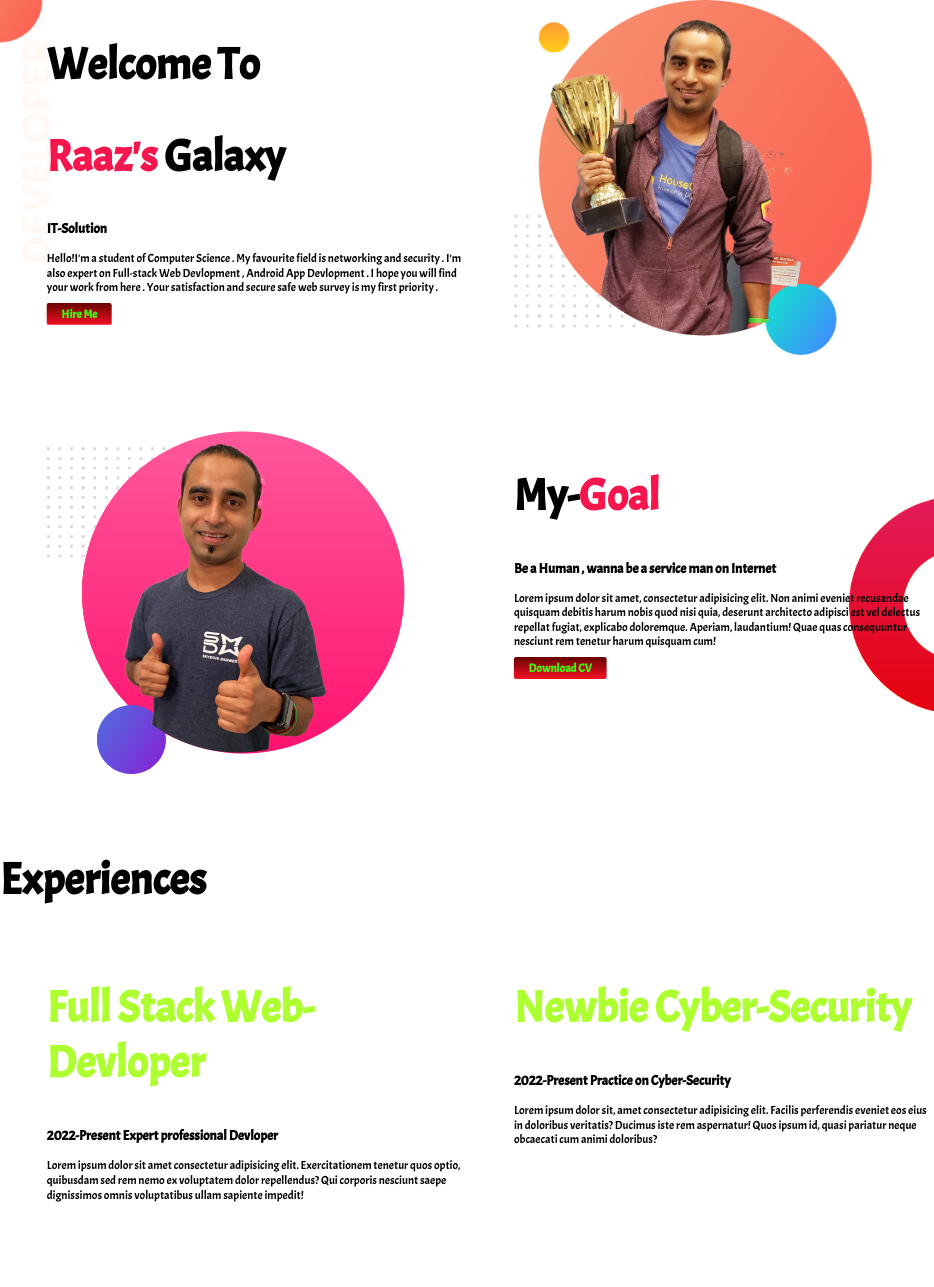
Repository: ramizraaz/my-portfolio
Page: about.html
An editor plug-in stored every save of this project. The page is shown before and after the next save, followed by the edit.
The browser window is 1280 px wide. The pictures show the whole page, at 73% of full size.

Above is the page before, as saved 2022-01-18 15:56:41.

### about.html
<!DOCTYPE html>
<html lang="en">

<head>
    <meta charset="UTF-8">
    <meta http-equiv="X-UA-Compatible" content="IE=edge">
    <meta name="viewport" content="width=device-width, initial-scale=1.0">
    <title>Raaz Portfolio</title>
    <link rel="preconnect" href="https://fonts.googleapis.com">
    <link rel="preconnect" href="https://fonts.gstatic.com" crossorigin>
    <link href="https://fonts.googleapis.com/css2?family=Acme&family=Lobster&family=Permanent+Marker&display=swap" rel="stylesheet">
    <link rel="stylesheet" href="design.css">
</head>

<body>
    <section class="top flex-container">
        <div class="content">
            <h1>Welcome To</h1>
            <h1><span> Raaz's </span>Galaxy</h1>
            <h3>IT-Solution</h3>
            <p>Hello!I'm a student of Computer Science . My favourite field is networking and security . I'm also expert on Full-stack Web Devlopment , Android App Devlopment . I hope you will find your work from here . Your satisfaction and secure safe
                web survey is my first priority .</p>
            <a class="link-button" href="" target="_blank">Hire Me</a>
        </div>
        <div class="content">
            <img src="images/jhankar.png" alt="Personal Profile">
        </div>
    </section>
    <section class="middle flex-container">
        <div class="content">
            <img src="images/jhankar2.png" alt="Personal Profile">
        </div>
        <div class="content">
            <h1>My-<span id="middHeadder">Goal</span></h1>
            <h3>Be a Human , wanna be a service man on Internet</h3>
            <p>Lorem ipsum dolor sit amet, consectetur adipisicing elit. Non animi eveniet recusandae quisquam debitis harum nobis quod nisi quia, deserunt architecto adipisci est vel delectus repellat fugiat, explicabo doloremque. Aperiam, laudantium! Quae
                quas consequuntur nesciunt rem tenetur harum quisquam cum!</p>
            <a class="link-button" href="" target="_blank">Download CV</a>
        </div>
    </section>
    <section class="bottom">
        <h1>Experiences</h1>
        <div class="flex-container">
            <div class="content">
                <h1 class="ex-h-color">Full Stack Web-Devloper</h1>
                <h3>2022-Present Expert professional Devloper</h3>
                <p>Lorem ipsum dolor sit amet consectetur adipisicing elit. Exercitationem tenetur quos optio, quibusdam sed rem nemo ex voluptatem dolor repellendus? Qui corporis nesciunt saepe dignissimos omnis voluptatibus ullam sapiente impedit!</p>
            </div>
            <div class="content">
                <h1 class="ex-h-color">Newbie Cyber-Security </h1>
                <h3>2022-Present Practice on Cyber-Security</h3>
                <p>Lorem ipsum dolor sit, amet consectetur adipisicing elit. Facilis perferendis eveniet eos eius in doloribus veritatis? Ducimus iste rem aspernatur! Quos ipsum id, quasi pariatur neque obcaecati cum animi doloribus?</p>
            </div>
        </div>
    </section>
</body>

</html>

### design.css
body {
    font-family: 'Acme', sans-serif;
    margin: 0;
}

h1 {
    font-size: 60px;
}

span {
    color: rgb(247, 21, 77);
}

.flex-container {
    display: flex;
    /* Using this attribute for show photo and content flexible left right part */
    margin-bottom: 100px;
}

.content {
    width: 50%;
    /*to make 2 div 50//50 size*/
    padding-left: 5%;
}

.content img {
    width: 85%;
    /*adjusting image*/
}

.link-button {
    text-decoration: none;
    background-image: linear-gradient(rgb(102, 3, 3), #f50f22);
    padding: 5px 20px;
    border-radius: 3px;
    font-weight: 800;
    color: rgb(63, 247, 7);
}

.top {
    background-image: url(images/top-banner.png);
    background-repeat: no-repeat;
}

.middle {
    background-image: url(images/dream-bg.png);
    background-repeat: no-repeat;
    background-position: right;
}

.middHeadder {
    color: crimson;
}

.ex-h-color {
    color: greenyellow;
}

After the next save:
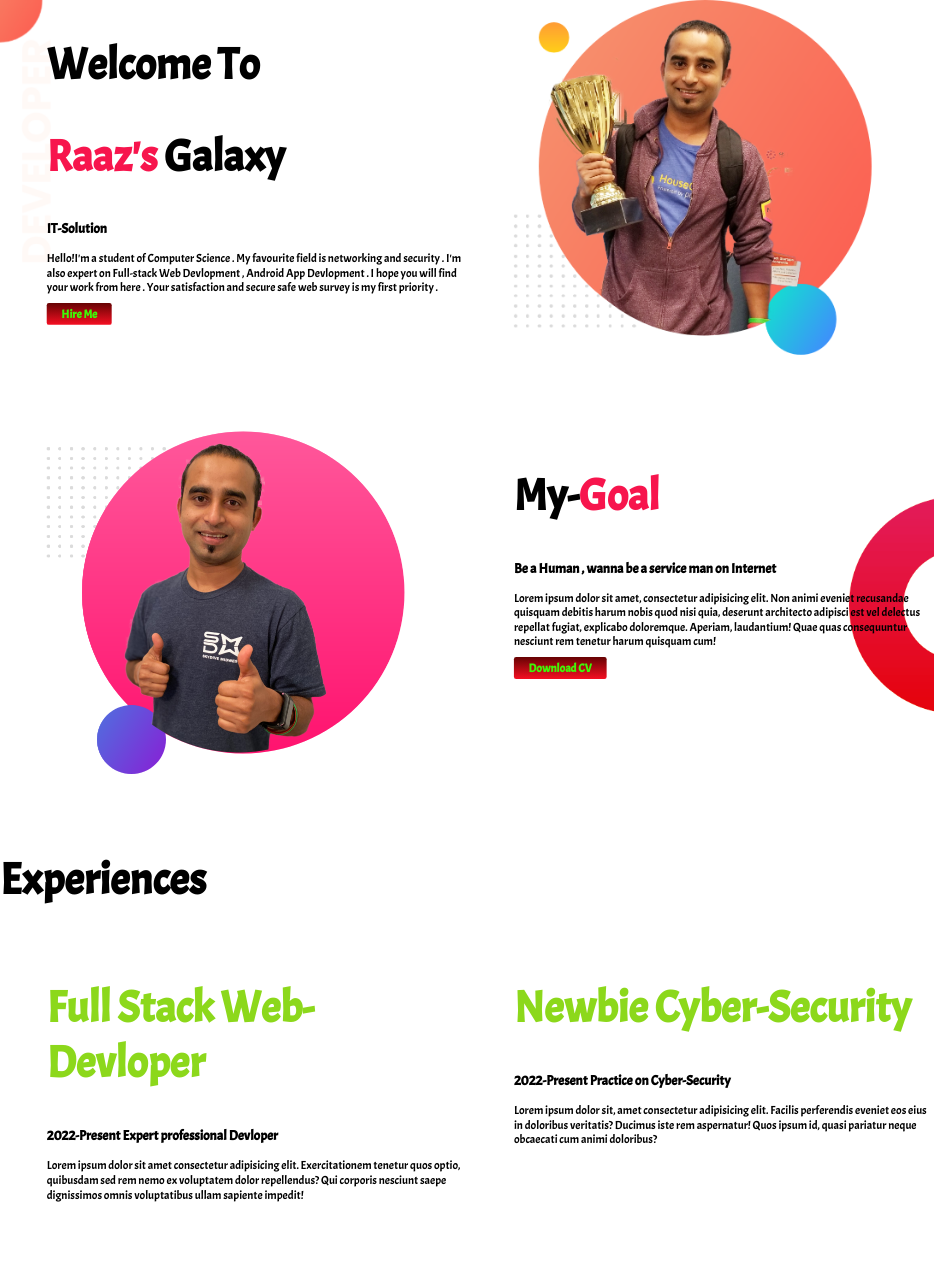
Saved 27 s later.
--- a/design.css
+++ b/design.css
@@ -53,5 +53,5 @@ span {
 }
 
 .ex-h-color {
-    color: greenyellow;
+    color: rgb(140, 216, 27);
 }
